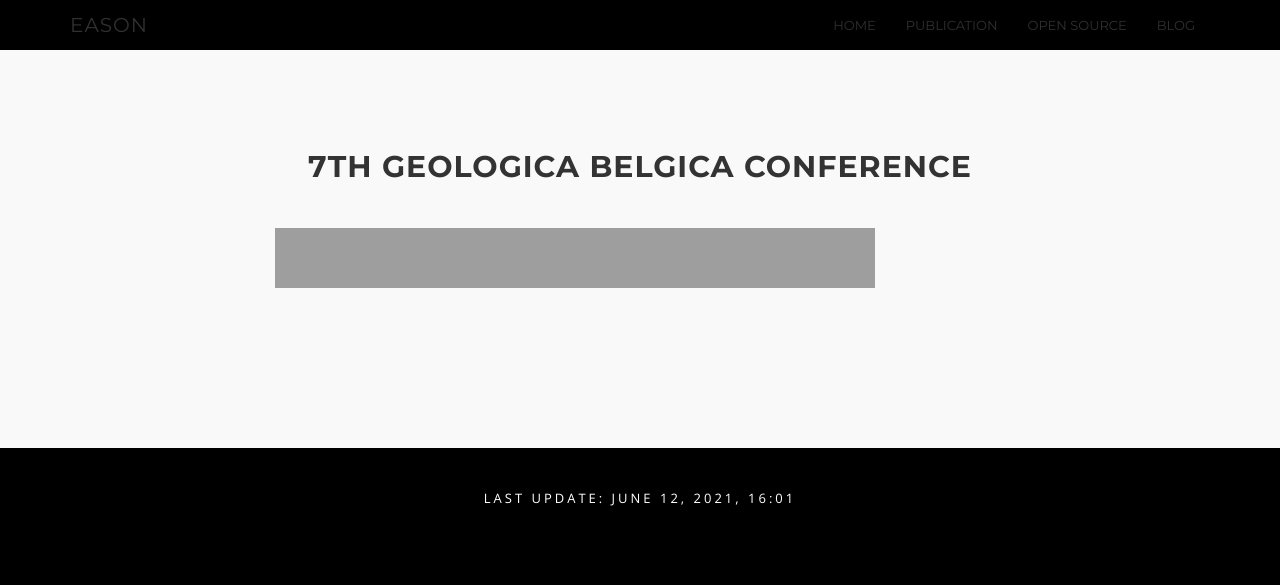
Repository: eazzzon/eazzzon.github.io
Page: post20210917.html
The author's editor kept a copy of each file at every save. The page is drawn from the files as they stood at one save, then again after the next save.
The browser window is 1280 px wide. The pictures show the whole page.
Pictures or frames that could not be fetched are drawn as grey boxes.

Above is the page before, as saved 2021-09-18 13:37:54.

After the next save:
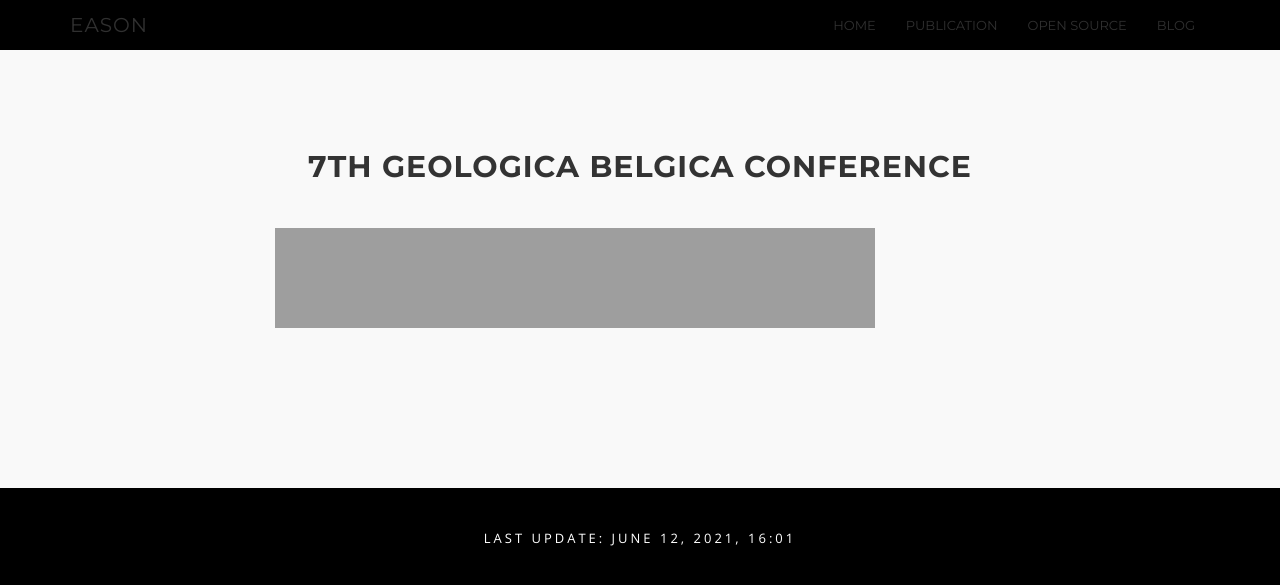
Saved 11 s later.
--- a/css/theme.css
+++ b/css/theme.css
@@ -463,7 +463,7 @@ section {
 /* post content style */
 .post-content-top-image{
 	width: 600px;
-	height: 60px;
+	height: 100px;
 	padding: 0px;
 	margin: 10px;
 
